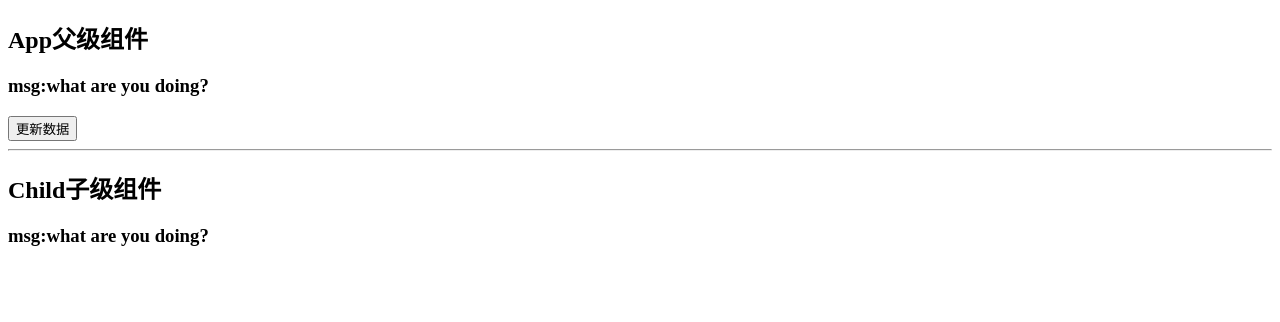
Repository: zhuhongxiang/Vue3.0-TSLeaning
Page: / (app in 04_Vue3/vue3_learning/)
These files come from the project's save history. The page is drawn as it stood at one moment and after the next save; the edit follows.
The browser window is 1280 px wide. The pictures show the whole page.
The project was rebuilt for these pictures with package versions that can differ from the ones it lists, and the page was loaded fresh each time.

Above is the page before, as saved 2021-07-26 10:11:50.

After the next save:
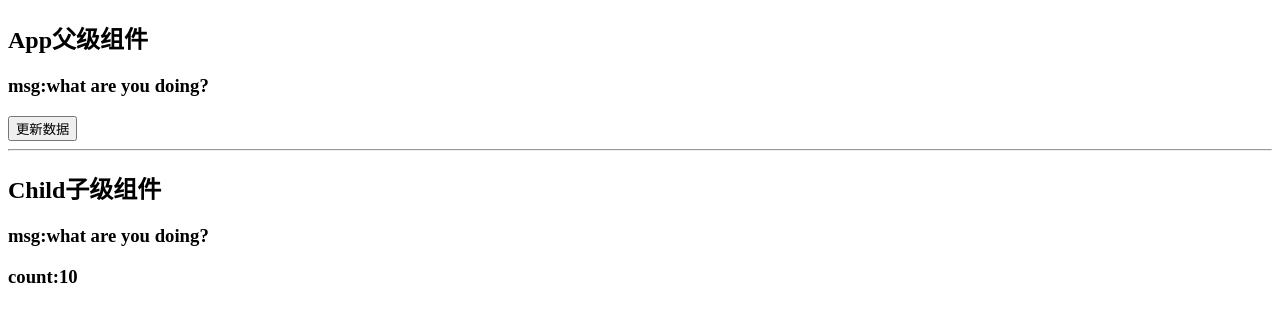
Saved 2 min 7 s later.
--- a/04_Vue3/vue3_learning/src/components/Child.vue
+++ b/04_Vue3/vue3_learning/src/components/Child.vue
@@ -1,6 +1,7 @@
 <template>
   <h2>Child子级组件</h2>
   <h3>msg:{{ msg }}</h3>
+  <h3>count:{{ count }}</h3>
 </template>
 
 <script lang='ts'>
@@ -16,6 +17,8 @@ export default defineComponent({
   // 其实所有的composition API相关回调函数中也都不可以
 
   // setup中的返回值是一个对象，内部的属性和方法是给html模板使用的
+  // setup中的对象内部的属性和data函数中的return对象的属性都可以在Html模板中使用
+  // setup中的对象的属性和data函数中的对象中的属性会合并为组件对象的属性
 
   // 数据初始化的生命周期回调
   beforeCreate() {
@@ -34,6 +37,9 @@ export default defineComponent({
       count: 10,
     };
   },
+  mounted() {
+    console.log(this);
+  },
 });
 </script>
 
